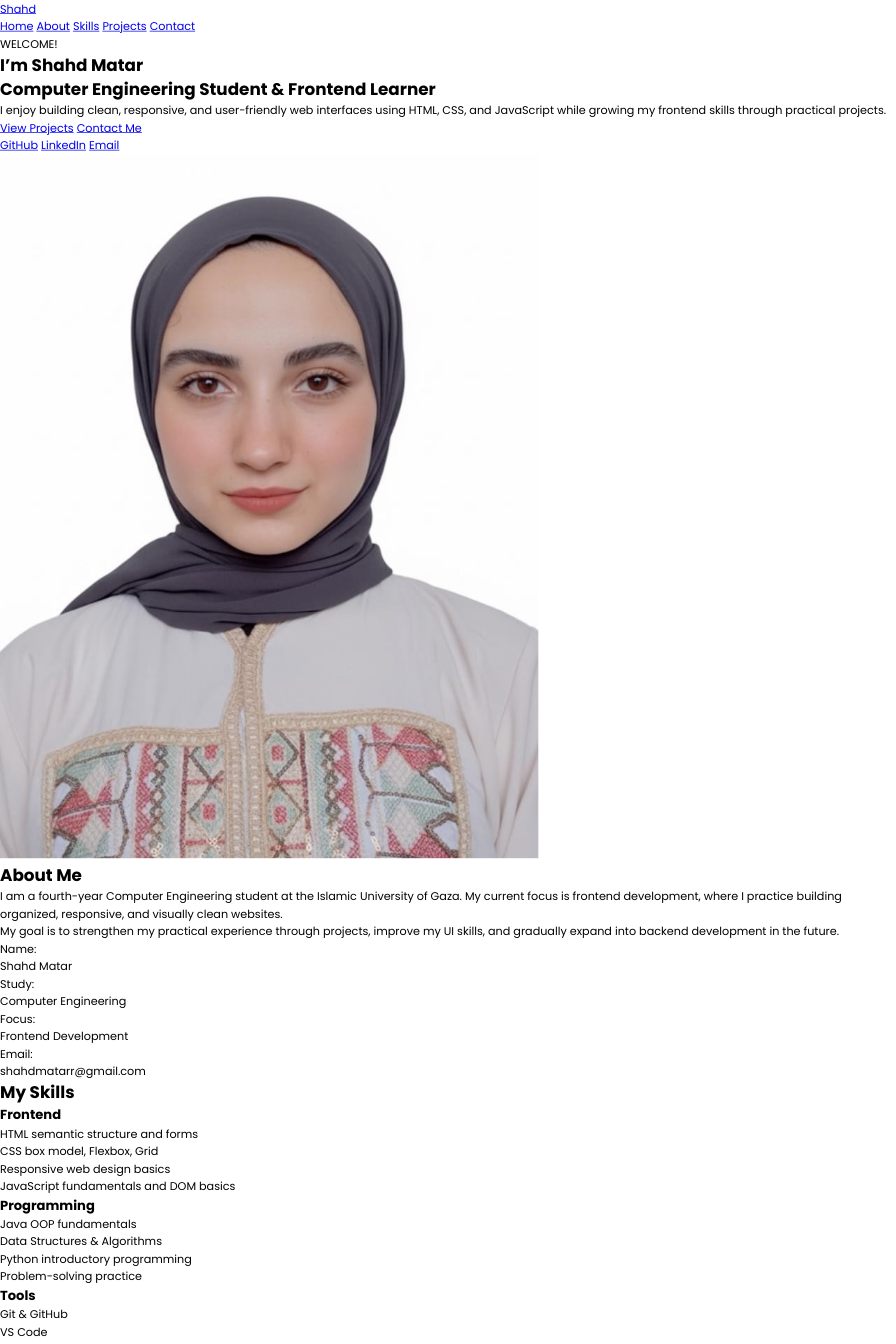
Repository: shahdmattar/personal-landing-page
Page: index.html
These files come from the project's save history. The page is drawn as it stood at one moment and after a run of saves; the edit follows.
The browser window is 1280 px wide. The pictures show the part of the page from y = 0 to 1920 px (the page is 3033 px tall), at 70% of full size.
A picture or video elsewhere on the page could not be fetched, so the positions and the page height are approximate.

Above is the page before, as saved 2026-04-14 22:27:03.

### index.html
<!doctype html>
<html lang="en">
  <head>
    <meta charset="UTF-8" />
    <meta name="viewport" content="width=device-width, initial-scale=1.0" />
    <title>Shahd Matar | Personal Landing Page</title>
    <meta
      name="description"
      content="Personal landing page of Shahd Matar, Computer Engineering student and frontend learner."
    />
    <link rel="stylesheet" href="https://cdnjs.cloudflare.com/ajax/libs/font-awesome/6.0.0/css/all.min.css">
    <link rel="stylesheet" href="style.css"/>
    <!-- <link rel="stylesheet" href="test.css"> -->
  </head>

  <body>
    <header>
        <a href="#" class="logo">Shahd</a>
        <nav class="navbar">
          <a href="#hero">Home</a>
          <a href="#about">About</a>
          <a href="#skills">Skills</a>
          <a href="#projects">Projects</a>
          <a href="#contact">Contact</a>
        </nav>
    </header>

    <main>
      <section id="hero" class="hero">
        <div class="container hero-container">
          <div class="hero-text">
            <p class="welcome-text">WELCOME!</p>
            <h1>I’m Shahd Matar</h1>
            <h2>Computer Engineering Student & Frontend Learner</h2>
            <p class="hero-description">
              I enjoy building clean, responsive, and user-friendly web
              interfaces using HTML, CSS, and JavaScript while growing my
              frontend skills through practical projects.
            </p>

            <div class="hero-buttons">
              <a href="#projects" class="btn btn-primary">View Projects</a>
              <a href="#contact" class="btn btn-outline">Contact Me</a>
            </div>

            <div class="social-links">
              <a
                href="https://github.com/shahdmattar"
                target="_blank"
                rel="noopener noreferrer"
                >GitHub</a
              >
              <a
                href="https://www.linkedin.com/in/shahd-matar-957608368"
                target="_blank"
                rel="noopener noreferrer"
                >LinkedIn</a
              >
              <a href="mailto:shahdmatarr@gmail.com">Email</a>
            </div>
          </div>

          <div class="hero-image">
            <img src="profile.jpeg" alt="Portrait of Shahd Matar" />
          </div>
        </div>
      </section>

      <section id="about" class="about section-padding">
        <div class="container">
          <h2 class="section-title">About <span>Me</span></h2>

          <div class="about-content">
            <div class="about-info">
              <p>
                I am a fourth-year Computer Engineering student at the Islamic
                University of Gaza. My current focus is frontend development,
                where I practice building organized, responsive, and visually
                clean websites.
              </p>
              <p>
                My goal is to strengthen my practical experience through
                projects, improve my UI skills, and gradually expand into
                backend development in the future.
              </p>
            </div>

            <div class="about-details">
              <div class="detail-item">
                <span>Name:</span>
                <p>Shahd Matar</p>
              </div>

              <div class="detail-item">
                <span>Study:</span>
                <p>Computer Engineering</p>
              </div>

              <div class="detail-item">
                <span>Focus:</span>
                <p>Frontend Development</p>
              </div>

              <div class="detail-item">
                <span>Email:</span>
                <p>shahdmatarr@gmail.com</p>
              </div>
            </div>
          </div>
        </div>
      </section>

      <section id="skills" class="skills section-padding">
        <div class="container">
          <h2 class="section-title">My <span>Skills</span></h2>

          <div class="skills-grid">
            <article class="skill-card">
              <h3>Frontend</h3>
              <ul>
                <li>HTML semantic structure and forms</li>
                <li>CSS box model, Flexbox, Grid</li>
                <li>Responsive web design basics</li>
                <li>JavaScript fundamentals and DOM basics</li>
              </ul>
            </article>

            <article class="skill-card">
              <h3>Programming</h3>
              <ul>
                <li>Java OOP fundamentals</li>
                <li>Data Structures &amp; Algorithms</li>
                <li>Python introductory programming</li>
                <li>Problem-solving practice</li>
              </ul>
            </article>

            <article class="skill-card">
              <h3>Tools</h3>
              <ul>
                <li>Git &amp; GitHub</li>
                <li>VS Code</li>
                <li>Chrome DevTools</li>
                <li>Basic project organization</li>
              </ul>
            </article>
          </div>
        </div>
      </section>

      <section id="projects" class="projects section-padding">
        <div class="container">
          <h2 class="section-title">My <span>Projects</span></h2>

          <div class="projects-grid">
            <article class="project-card">
              <img
                src="personalpage.png"
                alt="Preview of personal landing page project"
                class="project-image"
              />
              <div class="project-content">
                <h3>Personal Landing Page</h3>
                <p>
                  A modern personal portfolio page built with semantic HTML and
                  CSS, including hero, about, skills, projects, and contact
                  sections.
                </p>
                <div class="project-links">
                  <a
                    href="https://github.com/shahdmattar/personal-landing-page"
                    target="_blank"
                    rel="noopener noreferrer"
                    class="btn btn-small btn-primary"
                    >GitHub Repo</a
                  >
                  <a
                    href="https://shahdmattar.github.io/personal-landing-page/"
                    target="_blank"
                    rel="noopener noreferrer"
                    class="btn btn-small btn-outline"
                    >Live Demo</a
                  >
                </div>
              </div>
            </article>

            <article class="project-card">
              <img
                src="project2.jpg"
                alt="Preview of ecommerce UI project"
                class="project-image"
              />
              <div class="project-content">
                <h3>Responsive E-commerce UI</h3>
                <p>
                  A frontend e-commerce interface concept with product cards,
                  modern layout, clean styling, and responsive behavior for
                  mobile and desktop screens.
                </p>
                <div class="project-links">
                  <a href="#" class="btn btn-small btn-primary">GitHub Repo</a>
                  <a href="#" class="btn btn-small btn-outline">Live Demo</a>
                </div>
              </div>
            </article>
          </div>
        </div>
      </section>

      <section id="contact" class="contact section-padding">
        <div class="container">
          <h2 class="section-title">Contact <span>Me</span></h2>

          <form action="#" method="post" class="contact-form">
            <div class="input-row">
              <input
                type="text"
                name="name"
                placeholder="Your Name"
                required
                minlength="2"
                autocomplete="name"
              />
              <input
                type="email"
                name="email"
                placeholder="Your Email"
                required
                autocomplete="email"
              />
            </div>

            <textarea
              name="message"
              rows="7"
              placeholder="Write your message..."
              required
              minlength="10"
            ></textarea>

            <button type="submit" class="btn btn-primary">Send Message</button>
          </form>

          <p class="contact-note">
            You can also contact me directly at
            <a href="mailto:shahdmatarr@gmail.com">shahdmatarr@gmail.com</a>
          </p>
        </div>
      </section>
    </main>

    <footer class="site-footer">
      <div class="container">
        <p>&copy; 2026 Shahd Matar.</p>
      </div>
    </footer>
  </body>
</html>

### style.css
@import url('https://fonts.googleapis.com/css2?family=Dancing+Script:wght@400..700&family=Poppins:ital,wght@0,100;0,200;0,300;0,400;0,500;0,600;0,700;0,800;0,900;1,100;1,200;1,300;1,400;1,500;1,600;1,700;1,800;1,900&display=swap');

* {
  font-family:"Poppins", sans-serif;
  margin: 0;
  padding: 0;
  box-sizing: border-box;
  scroll-behavior:smooth;
}
header{
  background-color:rgba()
}

After the next 6 saves:
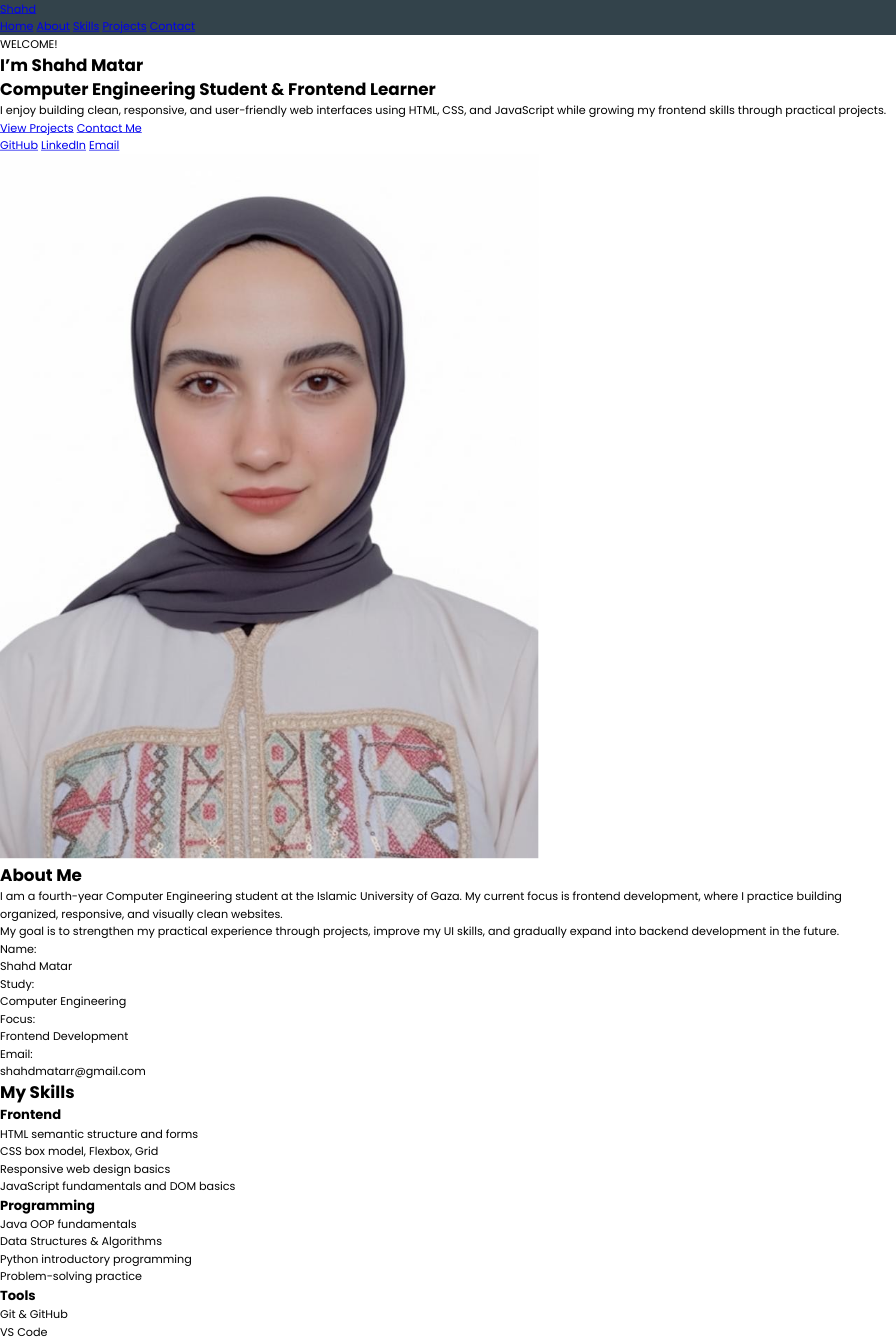
The 6 saves are shown as one change because they came seconds apart.
The last was saved 14 s later.
--- a/style.css
+++ b/style.css
@@ -8,5 +8,5 @@
   scroll-behavior:smooth;
 }
 header{
-  background-color:rgba()
+  background-color:rgba(0,20,30,0.8)
 }
